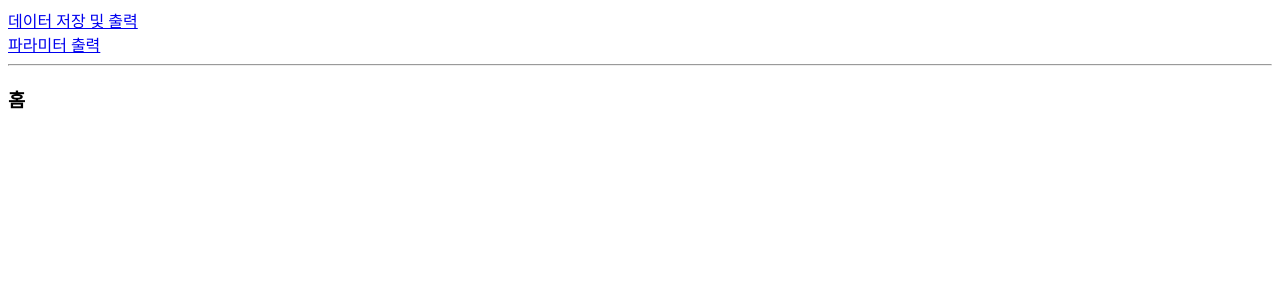
Repository: hyewoon/web
Page: http://localhost/servlet04/
The author's editor kept a copy of each file at every save. The page is drawn from the files as they stood at one save, then again after the next save.
The browser window is 1280 px wide. The pictures show the whole page.
The page is served by Tomcat 9. Other server files are loaded and not shown.

Above is the page before, as saved 2022-11-17 05:39:21.

### servlet04/src/main/webapp/index.jsp
<%@ page language="java" contentType="text/html; charset=UTF-8"
    pageEncoding="UTF-8"%>
<!DOCTYPE html>
<html>
<head>
<meta charset="UTF-8">
<title>Insert title here</title>
</head>
<body>
<div> <a href ='scope/scope_data.jsp'>데이터 저장 및 출력</a>  </div>
<div> <a href ='parameter/form_data.jsp'>파라미터 출력</a>  </div>
<hr>
<h3>홈</h3>
</body>
</html>

After the next save:
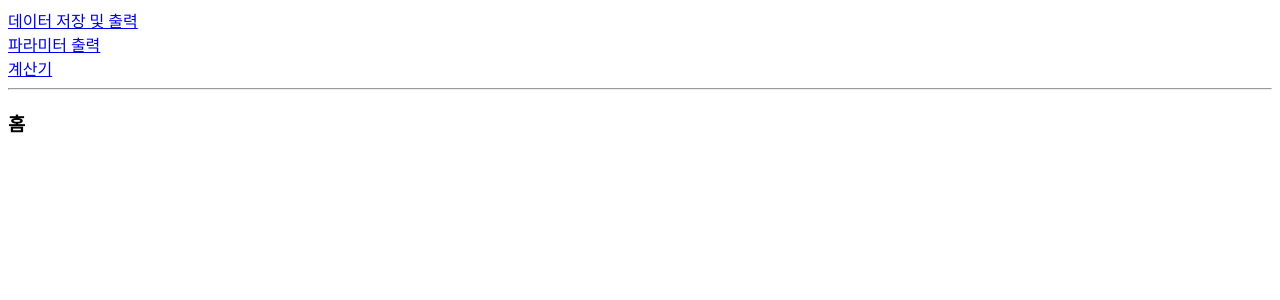
Saved 6 min 44 s later.
--- a/servlet04/src/main/webapp/index.jsp
+++ b/servlet04/src/main/webapp/index.jsp
@@ -9,6 +9,7 @@
 <body>
 <div> <a href ='scope/scope_data.jsp'>데이터 저장 및 출력</a>  </div>
 <div> <a href ='parameter/form_data.jsp'>파라미터 출력</a>  </div>
+<div> <a href ='operator/calculator.jsp'>계산기</a>  </div>
 <hr>
 <h3>홈</h3>
 </body>
